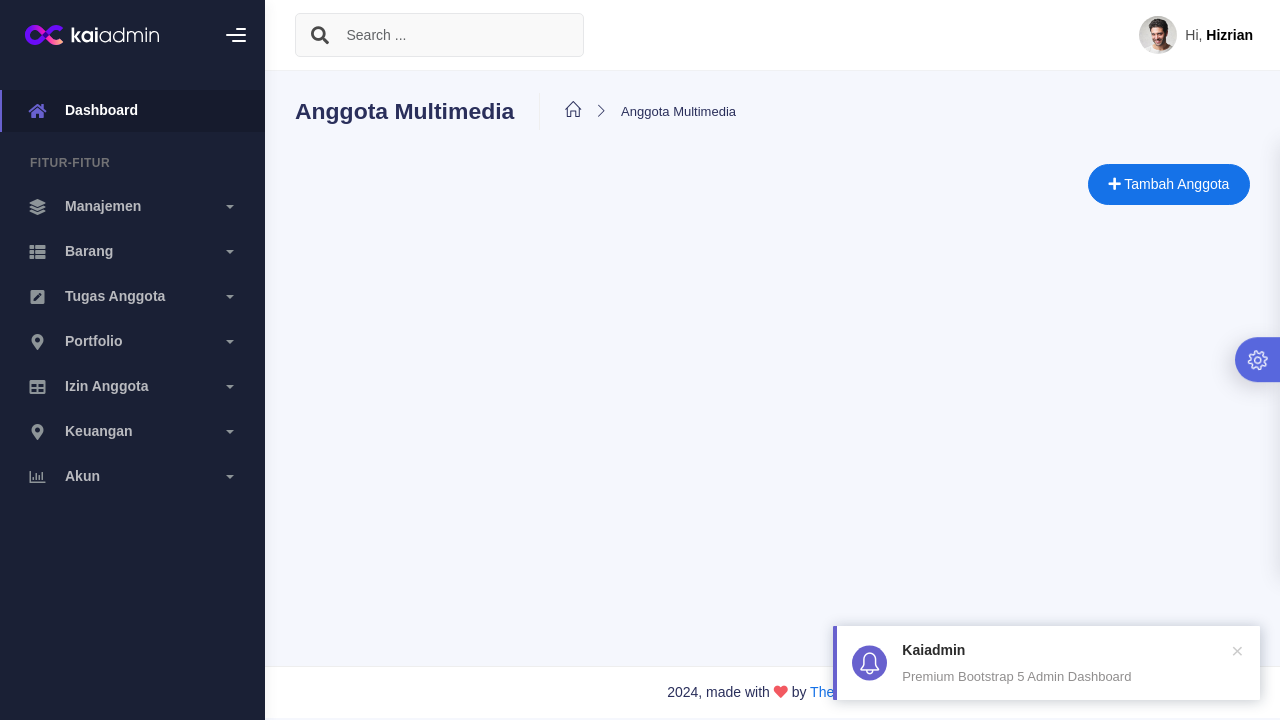
Repository: fatkquladhim/multimedia_laravel
Page: http://localhost/anggota
An editor plug-in stored every save of this project. The page is shown before and after the next save, followed by the edit.
The browser window is 1280 px wide. The pictures show the whole page.
Some web fonts or font styles are not loaded; a fallback is used. The page is served by the project's Laravel application, run on PHP 8.4 with Laravel 12. A made-up administrator, Test User (test@example.com), is signed in. Queries for data that is not in the repository find no rows.

Above is the page before, as saved 2025-08-17 08:44:27.
Console error: ReferenceError: jsVectorMap is not defined

After the next save:
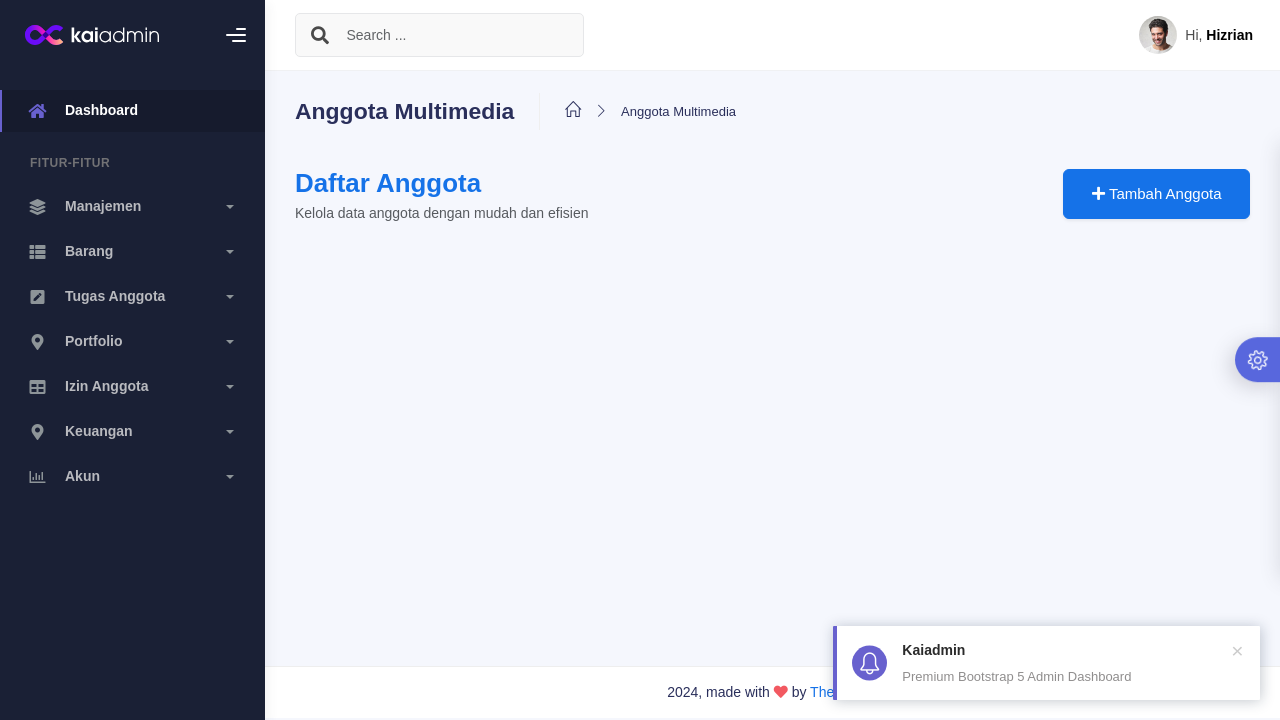
Saved 96 s later.
--- a/resources/views/anggota/index.blade.php
+++ b/resources/views/anggota/index.blade.php
@@ -18,40 +18,95 @@
             </ul>
         </div>
         <div class="row">
-            <div class="col-12 mb-3">
-                <a href="{{ route('anggota.create') }}" class="btn btn-primary btn-round float-end">
+            <div class="col-12 mb-4 d-flex justify-content-between align-items-center">
+                <div>
+                    <h2 class="fw-bold text-primary mb-0">Daftar Anggota</h2>
+                    <div class="text-muted">Kelola data anggota dengan mudah dan efisien</div>
+                </div>
+                <a href="{{ route('anggota.create') }}" class="btn btn-primary btn-lg shadow-sm">
                     <i class="fa fa-plus"></i> Tambah Anggota
                 </a>
             </div>
             @php
                 $grouped = $anggota->groupBy('divisi');
+                $divisiList = $grouped->keys()->values();
             @endphp
-            @foreach($grouped as $divisi => $list)
-                <div class="col-12">
-                    <h4 class="fw-bold mt-4 mb-3">Divisi: {{ $divisi ?: 'Tanpa Divisi' }}</h4>
+            <div class="col-md-6">
+                @if(isset($divisiList[0]))
+                <div class="card shadow-sm mb-4">
+                    <div class="card-header bg-white border-0">
+                        <h5 class="fw-bold mb-0"><i class="fa fa-users text-primary"></i> Data Anggota {{ ucfirst($divisiList[0]) }}</h5>
+                    </div>
+                    <div class="card-body p-0">
+                        <table class="table table-bordered align-middle mb-0">
+                            <thead class="bg-light">
+                                <tr>
+                                    <th>NO</th>
+                                    <th>NAMA</th>
+                                    <th>DIVISI</th>
+                                    <th>AKSI</th>
+                                </tr>
+                            </thead>
+                            <tbody>
+                                @foreach($grouped[$divisiList[0]] as $i => $item)
+                                <tr>
+                                    <td>{{ $i+1 }}</td>
+                                    <td>{{ $item->nama }}</td>
+                                    <td>{{ $item->divisi }}</td>
+                                    <td>
+                                        <a href="{{ route('anggota.edit', $item->id) }}" class="btn btn-sm btn-outline-primary"> <i class="fa fa-edit"></i> Edit</a>
+                                        <form action="{{ route('anggota.destroy', $item->id) }}" method="POST" style="display:inline-block;">
+                                            @csrf
+                                            @method('DELETE')
+                                            <button type="submit" class="btn btn-sm btn-outline-danger" onclick="return confirm('Yakin hapus?')"><i class="fa fa-trash"></i> Hapus</button>
+                                        </form>
+                                    </td>
+                                </tr>
+                                @endforeach
+                            </tbody>
+                        </table>
+                    </div>
                 </div>
-                @foreach($list->chunk(2) as $row)
-                    <div class="row mb-3">
-                        @foreach($row as $item)
-                        <div class="col-md-6">
-                            <div class="card">
-                                <div class="card-body">
-                                    <h5 class="card-title mb-1">{{ $item->nama }}</h5>
-                                    <p class="mb-1"><b>Email:</b> {{ $item->email }}</p>
-                                    <p class="mb-2"><b>Divisi:</b> {{ $item->divisi }}</p>
-                                    <a href="{{ route('anggota.edit', $item->id) }}" class="btn btn-warning btn-sm">Edit</a>
-                                    <form action="{{ route('anggota.destroy', $item->id) }}" method="POST" style="display:inline-block;">
-                                        @csrf
-                                        @method('DELETE')
-                                        <button type="submit" class="btn btn-danger btn-sm" onclick="return confirm('Yakin hapus?')">Hapus</button>
-                                    </form>
-                                </div>
-                            </div>
-                        </div>
-                        @endforeach
+                @endif
+            </div>
+            <div class="col-md-6">
+                @if(isset($divisiList[1]))
+                <div class="card shadow-sm mb-4">
+                    <div class="card-header bg-white border-0">
+                        <h5 class="fw-bold mb-0"><i class="fa fa-users text-primary"></i> Data Anggota {{ ucfirst($divisiList[1]) }}</h5>
                     </div>
-                @endforeach
-            @endforeach
+                    <div class="card-body p-0">
+                        <table class="table table-bordered align-middle mb-0">
+                            <thead class="bg-light">
+                                <tr>
+                                    <th>NO</th>
+                                    <th>NAMA</th>
+                                    <th>DIVISI</th>
+                                    <th>AKSI</th>
+                                </tr>
+                            </thead>
+                            <tbody>
+                                @foreach($grouped[$divisiList[1]] as $i => $item)
+                                <tr>
+                                    <td>{{ $i+1 }}</td>
+                                    <td>{{ $item->nama }}</td>
+                                    <td>{{ $item->divisi }}</td>
+                                    <td>
+                                        <a href="{{ route('anggota.edit', $item->id) }}" class="btn btn-sm btn-outline-primary"> <i class="fa fa-edit"></i> Edit</a>
+                                        <form action="{{ route('anggota.destroy', $item->id) }}" method="POST" style="display:inline-block;">
+                                            @csrf
+                                            @method('DELETE')
+                                            <button type="submit" class="btn btn-sm btn-outline-danger" onclick="return confirm('Yakin hapus?')"><i class="fa fa-trash"></i> Hapus</button>
+                                        </form>
+                                    </td>
+                                </tr>
+                                @endforeach
+                            </tbody>
+                        </table>
+                    </div>
+                </div>
+                @endif
+            </div>
         </div>
     </div>
 @endsection
